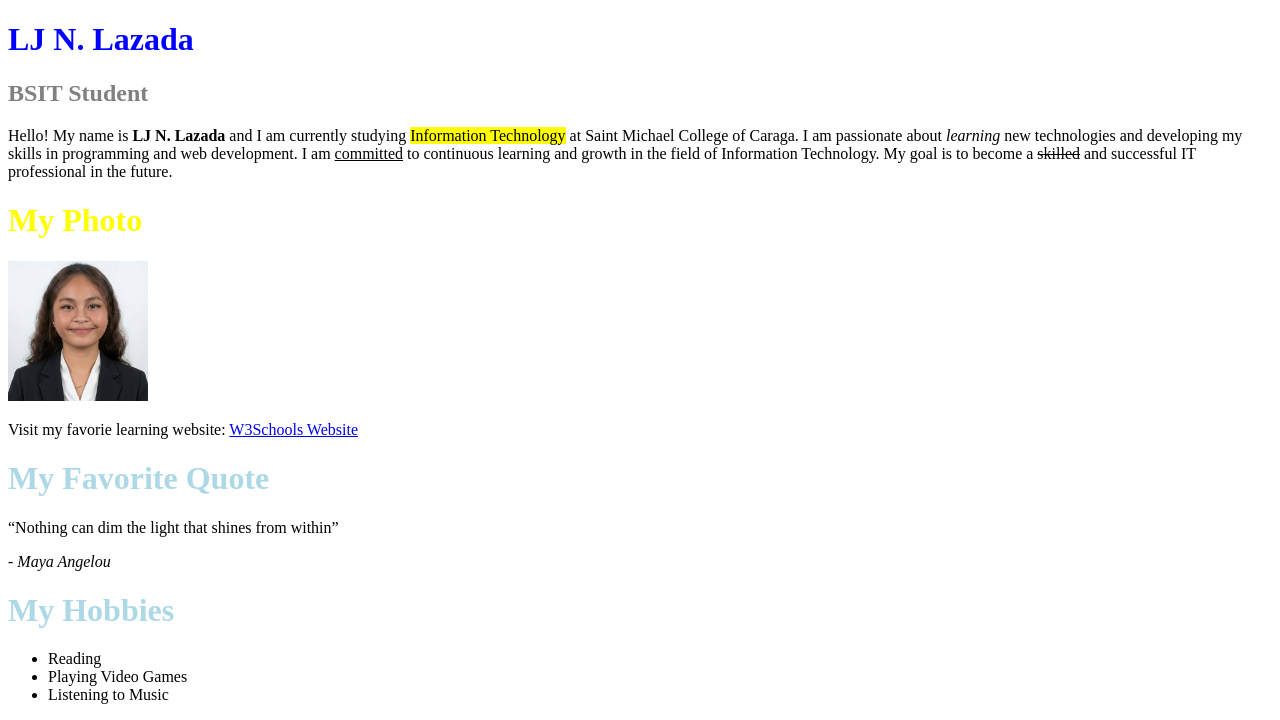
Repository: ljlazada11/myfirsthtml
Page: index.html
These files come from the project's save history. The page is drawn as it stood at one moment and after the next save; the edit follows.
The browser window is 1280 px wide. The pictures show the whole page.

Above is the page before, as saved 2026-06-24 19:55:36.

### index.html
<!DOCTYPE html>
<html lang="en">
<head>
    <meta charset="UTF-8">
    <meta name="viewport" content="width=device-width, initial-scale=1.0">
    <title>My Personal Web Profile</title>
    <link rel="icon" type="image/x-icon" href="images.png">

</head>
<body>
    <h1 style="color:blue;">LJ N. Lazada</h1>
    <h2 style="color:gray;">BSIT Student</h2>
    <p>Hello! My name is <strong>LJ N. Lazada</strong> and I am currently studying <mark>Information Technology</mark> at Saint Michael College of Caraga. I am passionate about <i>learning</i> new technologies and developing my skills in programming and web development. I am <ins>committed</ins> to continuous learning and growth in the field of Information Technology. My goal is to become a <del>skilled</del> and successful IT professional in the future.</p>
</body>
    <h1 style="color:yellow;">My Photo</h1>
    <img src="pic.jpg" alt="My	Profile	Picture" width="140" height="140">
    <p> Visit my favorie learning website: <a href="https://www.w3schools.com/html/default.asp" target="_blank">W3Schools	Website</a></p>

<body>
    <h1 style="color:lightblue;">My Favorite Quote</h1>
    <p><q>Nothing can dim the light that shines from within</q></p>
    <p><cite>- Maya Angelou</cite></p>
</body>
<body>
    <h1 style="color:lightblue;">My Hobbies</h1>
    <ul>
        <li>Reading</li>
        <li>Playing Video Games</li>
        <li>Listening to Music</li>
    </ul>
</body>


</html>

After the next save:
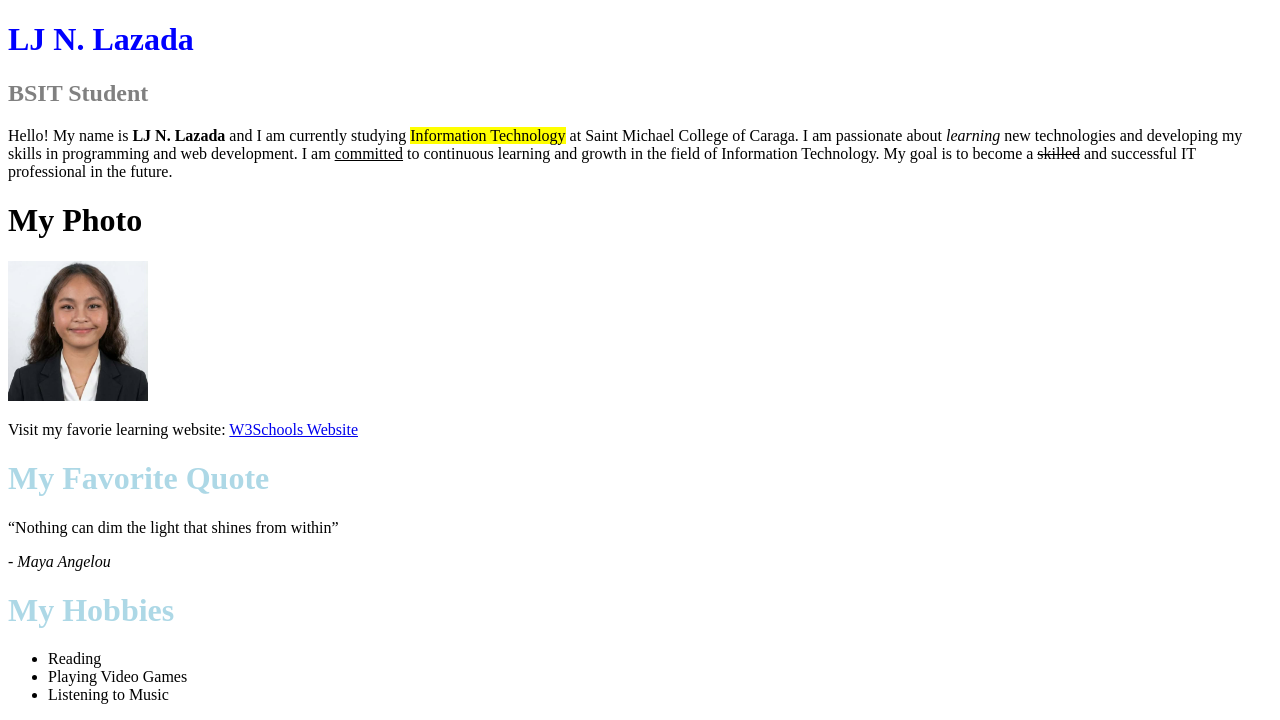
Saved 11 s later.
--- a/index.html
+++ b/index.html
@@ -12,7 +12,7 @@
     <h2 style="color:gray;">BSIT Student</h2>
     <p>Hello! My name is <strong>LJ N. Lazada</strong> and I am currently studying <mark>Information Technology</mark> at Saint Michael College of Caraga. I am passionate about <i>learning</i> new technologies and developing my skills in programming and web development. I am <ins>committed</ins> to continuous learning and growth in the field of Information Technology. My goal is to become a <del>skilled</del> and successful IT professional in the future.</p>
 </body>
-    <h1 style="color:yellow;">My Photo</h1>
+    <h1 style="color:yello;">My Photo</h1>
     <img src="pic.jpg" alt="My	Profile	Picture" width="140" height="140">
     <p> Visit my favorie learning website: <a href="https://www.w3schools.com/html/default.asp" target="_blank">W3Schools	Website</a></p>
 
